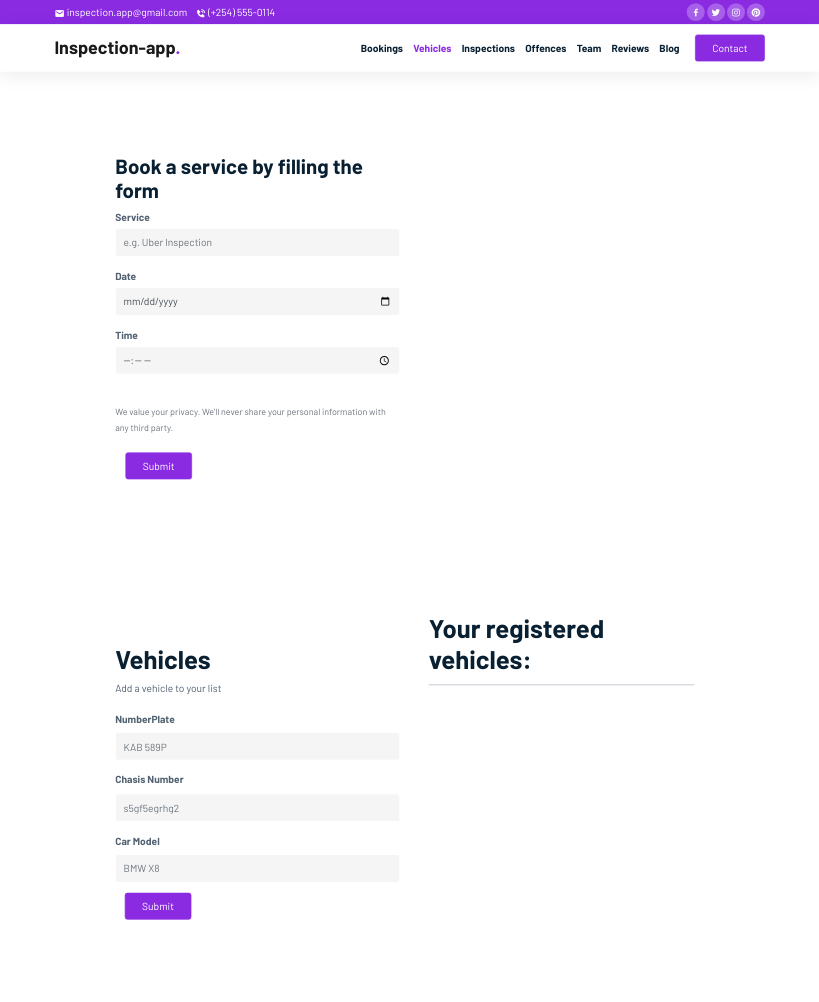
Repository: Jaynie8085/INSPECTION-APP
Page: client/dashboard.html
These files come from the project's save history. The page is drawn as it stood at one moment and after the next save; the edit follows.
The browser window is 1280 px wide. The pictures show the whole page, at 64% of full size.
The page's requests for data from a server got no answer. Some web libraries are served in a nearby version.

Above is the page before, as saved 2022-10-15 02:56:13.

After the next save:
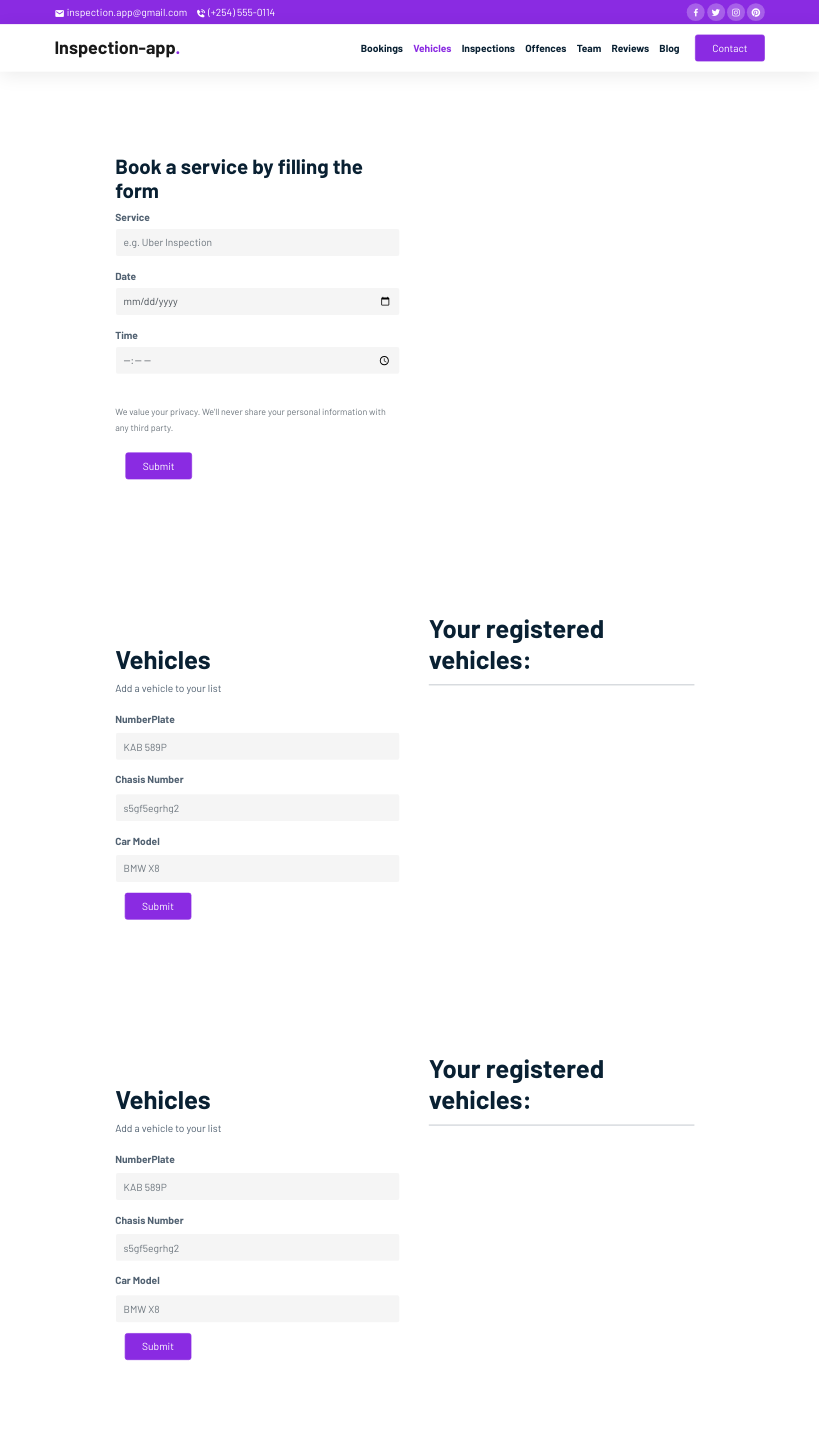
Saved 2 s later.
--- a/client/dashboard.html
+++ b/client/dashboard.html
@@ -149,7 +149,51 @@
         </div>
     </section>
 
-
+    <!-- vehicles -->
+    <section id="vehicles">
+        <div class="container">
+            <div class="row justify-content-center">
+            <div id="customer-frm" class="col-lg-5 py-5">
+                <form  >
+                    <h1>Vehicles</h1>
+                    <p>Add a vehicle to your list</p>
+                    <div class="form-group">
+                        <label for="numberplate" class="form-label">NumberPlate</label>
+                        <input type="text" class="form-control" placeholder="KAB 589P" id="numberplate"
+                            aria-describedby="emailHelp">
+                    </div>
+                    <div class="form-group">
+                        <label for="chasisnumber" class="form-label">Chasis Number </label>
+                        <input type="text" class="form-control" placeholder="s5gf5egrhg2" id="chasisnumber"
+                            aria-describedby="emailHelp">
+                    </div>
+                    <div class="form-group">
+                        <label for="model" class="form-label">Car Model</label>
+                        <input type="model" class="form-control" placeholder="BMW X8" id="model"
+                            aria-describedby="emailHelp">
+                    </div>
+                    <!-- <div class="col-12">
+                        <label for="exampleInputEmail1" class="form-label">Enter General Description</label>
+                        <textarea name="" placeholder="Type in your cars general description." class="form-contid=""  rows="4"></textarea>
+                    </div> -->
+
+                    <div class="col-12">
+                        <button type="submit" class="btn btn-brand" onclick="vehicles();">Submit</button>
+                    </div>
+                </form>
+                </div>
+                <div class="col-lg-5">
+                <div class="container center"><h1>Your registered vehicles:</h1>
+                        <div >
+                            <ul id="quote-list">
+                            </ul>
+                        </div>
+                        <hr></div>
+                </div>
+                </div>
+                </div>
+        </div>
+    </section>
 
     <!-- Modal -->
     <div class="modal fade" id="exampleModal" tabindex="-1" aria-labelledby="exampleModalLabel" aria-hidden="true">
